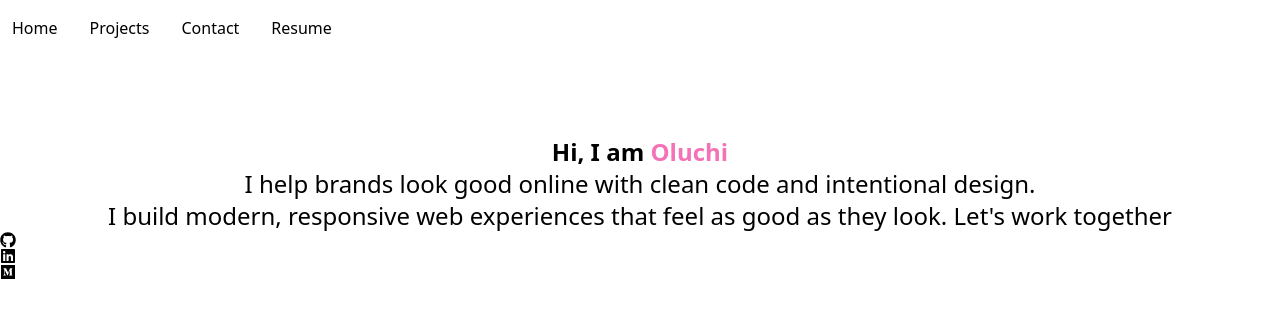
Repository: ooluchi/portfolio_
Page: / (app in my-react-app/)
These files come from the project's save history. The page is drawn as it stood at one moment and after a run of saves; the edit follows.
The browser window is 1280 px wide. The pictures show the whole page.
The project was rebuilt for these pictures with package versions that can differ from the ones it lists, and the page was loaded fresh each time. Also part of the build but not shown: my-react-app/vite.config.ts.

Above is the page before, as saved 2025-11-20 11:55:06.

### my-react-app/src/index.css
@import url("https://fonts.googleapis.com/css2?family=Kumbh+Sans:wght@100;200;300;400;500;600;700;800;900&display=swap");

@tailwind base;
@tailwind components;
@tailwind utilities;

* {
    margin: 0;
    padding: 0;
    box-sizing: border-box;
  }

### my-react-app/src/App.tsx


import './index.css'
import Home from './components/Home'
import NavBar from './components/NavBar'

export default function App() {

  return (
    <div className='dark'>
    <NavBar />
    <Home />
    </div>
  )
}

### my-react-app/src/components/Home.tsx
import { FaGithub, FaLinkedin, FaMedium } from "react-icons/fa";

import "../index.css";


export default function Home() {
  return (
    <div>

      <div className="text-center mt-20 text-2xl">
        <h1 className="font-bold">Hi, I am <span className="text-pink-400">Oluchi</span></h1>
        <p>I help brands look good online with clean code and intentional design.</p>
        <p>I build modern, responsive web experiences that feel as good as they look. Let's work together</p>
      </div>
      <div>
        <a
          href="https://github.com/ooluchi"
          target="_blank"
          rel="noreferrer"
          aria-label="GitHub"
        >
          <FaGithub/>
        </a>
        <a
          href="https://github.com/ooluchi"
          target="_blank"
          rel="noreferrer"
          aria-label="LinkedIn"
        >
        <FaLinkedin />
        </a>

        <a
          href="https://medium.com/@ooluchiokoro"
          target="_blank"
          rel="noreferrer"
          aria-label="Medium"
        >
          <FaMedium />
        </a>

      </div>
    </div>
  )
}

### my-react-app/src/components/NavBar.tsx

import "../index.css";





export default function NavBar() {

  // const [isOpen, setIsOpen] = useState(false);

  return (
    <nav className="text-center">
      <div className="text-center py-4 ">
        <div className="">
          <div className="lg:hidden">

          </div>
          <div className="w-full lg:block">
            <ul className={`flex flex-row align-justify gap-8 ml-3 lg:static`}>
              <li className=""><a href="#">Home</a></li>
              <li className=""><a href="#">Projects</a></li>
              <li className=""><a href="#">Contact</a></li>
              <li className=""><a href="#">Resume</a></li>
            </ul>
          </div>

        </div>


      </div>

    </nav>
  )
}

Loaded but not shown: my-react-app/index.html (common file); my-react-app/src/main.tsx (common file); my-react-app/tailwind.config.js (common file)

After the next 2 saves:
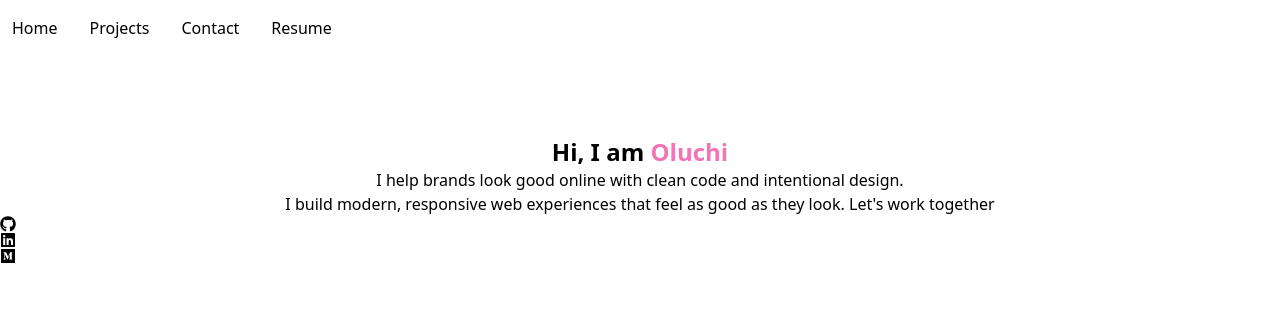
The 2 saves are shown as one change because they came seconds apart.
The last was saved 18 s later.
--- a/my-react-app/src/components/Home.tsx
+++ b/my-react-app/src/components/Home.tsx
@@ -7,8 +7,8 @@ export default function Home() {
   return (
     <div>
 
-      <div className="text-center mt-20 text-2xl">
-        <h1 className="font-bold">Hi, I am <span className="text-pink-400">Oluchi</span></h1>
+      <div className="text-center ">
+        <h1 className="font-bold mt-20 text-2xl">Hi, I am <span className="text-pink-400">Oluchi</span></h1>
         <p>I help brands look good online with clean code and intentional design.</p>
         <p>I build modern, responsive web experiences that feel as good as they look. Let's work together</p>
       </div>
